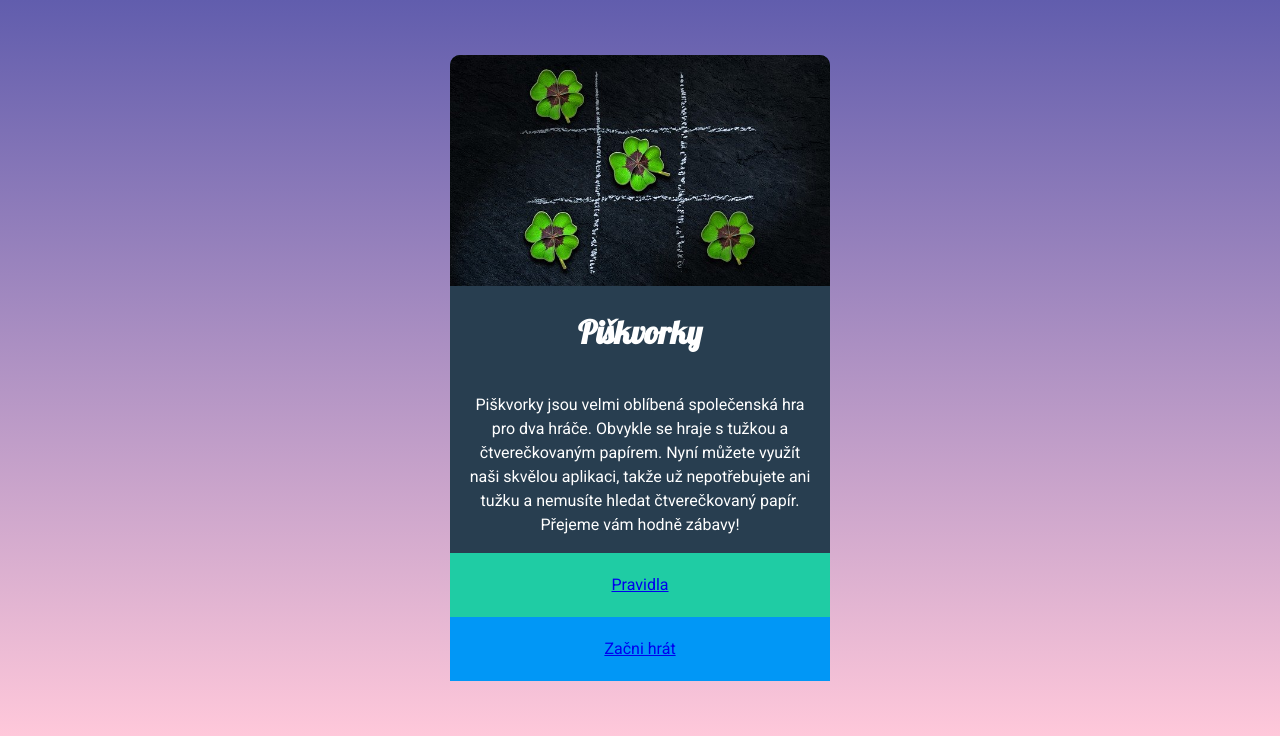
Repository: VerPro/piskvorky
Page: index.html
These files come from the project's save history. The page is drawn as it stood at one moment and after the next save; the edit follows.
The browser window is 1280 px wide. The pictures show the whole page.

Above is the page before, as saved 2021-03-24 21:10:09.

### index.html
<!DOCTYPE html>
<html lang="cs">
  <head>
    <meta charset="UTF-8" />
    <meta http-equiv="X-UA-Compatible" content="IE=edge" />
    <meta name="viewport" content="width=device-width, initial-scale=1.0" />
    <title>Piškvorky</title>
    <link rel="preconnect" href="https://fonts.gstatic.com" />
    <link
      href="https://fonts.googleapis.com/css2?family=Lobster&family=Roboto&display=swap"
      rel="stylesheet"
    />
    <link rel="stylesheet" href="styly.css" />
  </head>
  <body>
    <main>
      <img class="uvodniObrazek" src="uvodni.jpg" alt="" />
      <!-- Dodělat ten ALT! -->
      <h1 class="heading1Piskvorky">Piškvorky</h1>

      <p>
        Piškvorky jsou velmi oblíbená společenská hra pro dva hráče. Obvykle se
        hraje s tužkou a čtverečkovaným papírem. Nyní můžete využít naši skvělou
        aplikaci, takže už nepotřebujete ani tužku a nemusíte hledat
        čtverečkovaný papír. Přejeme vám hodně zábavy!
      </p>
      <nav class="buttons">
        <a class="buttonPravidla" href="index.html">Pravidla</a>
        <a class="buttonZacniHrat" href="index.html">Začni hrát</a>
      </nav>
    </main>
  </body>
</html>

### styly.css
body {
  background-image: linear-gradient(#615dad, #ffc8da);
  min-height: 100vh;
  background-repeat: no-repeat;
  background-size: cover;
  font-family: 'Roboto', sans-serif;
  color: #ffffff;
  line-height: 1.5;
  display: flex;
  justify-content: center;
  align-content: center;
  flex-wrap: wrap;
}

h1 {
  font-family: 'Lobster', cursive;
  text-align: center;
}

p {
  text-align: center;
  width: 90%;
}

main {
  display: flex;
  flex-direction: column;
  align-items: center;
  width: 30%;
  max-height: 20%;
  margin: 40px;
  background-color: #283e50;
  border-radius: 10px 10px 0 0;
}

nav {
  display: flex;
  flex-direction: column;
  text-align: center;
  width: 100%;
}

.buttonPravidla {
  background-color: #1fcca4;
  padding: 20px;
  flex-grow: 1;
}

.buttonPravidla:hover {
  background-color: #1cbb96;
}

.buttonZacniHrat {
  background-color: #0197f6;
  padding: 20px;
  flex-grow: 1;
}

.buttonZacniHrat:hover {
  background-color: #0090e9;
}

img {
  width: 100%;
  border-radius: 10px 10px 0 0;
}

After the next save:
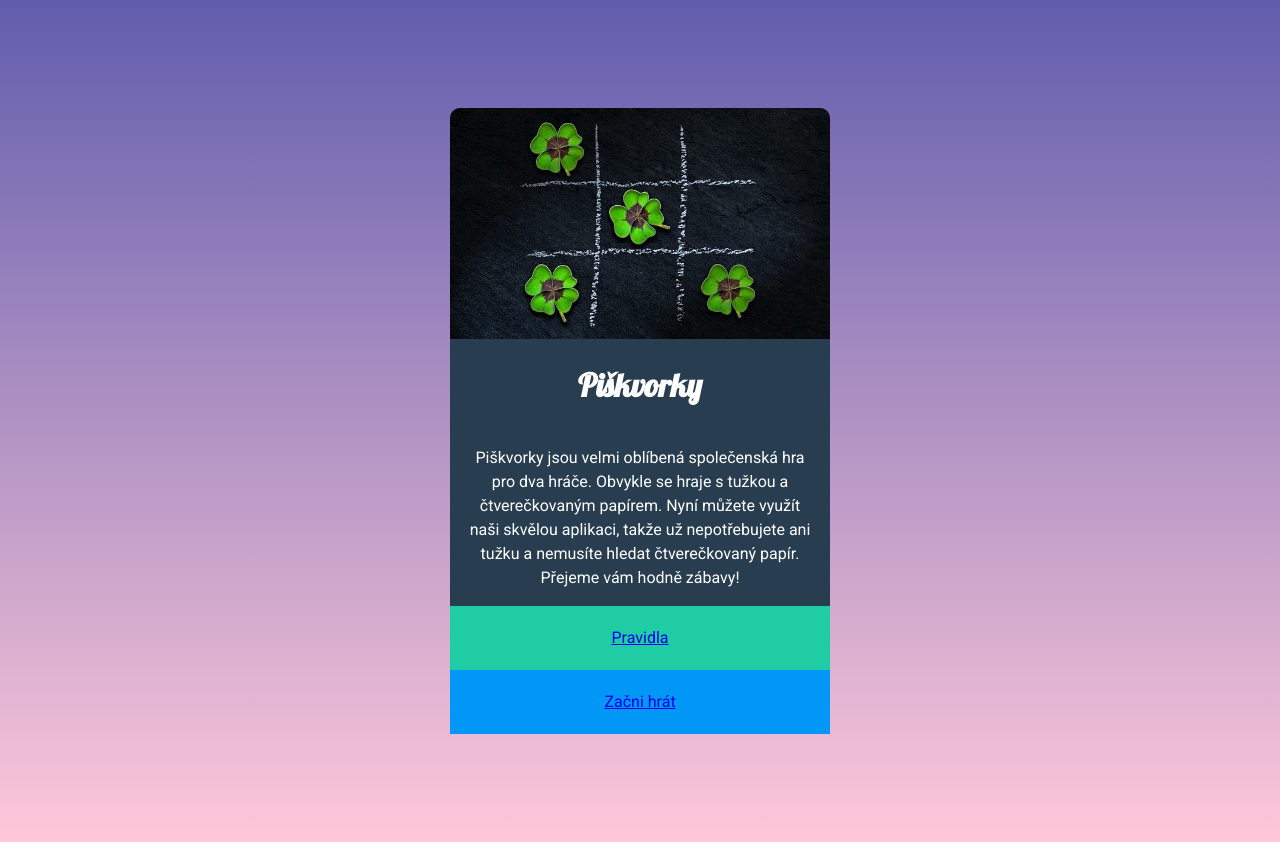
Saved 34 s later.
--- a/styly.css
+++ b/styly.css
@@ -28,7 +28,7 @@ main {
   align-items: center;
   width: 30%;
   max-height: 20%;
-  margin: 40px;
+  margin: 100px;
   background-color: #283e50;
   border-radius: 10px 10px 0 0;
 }
